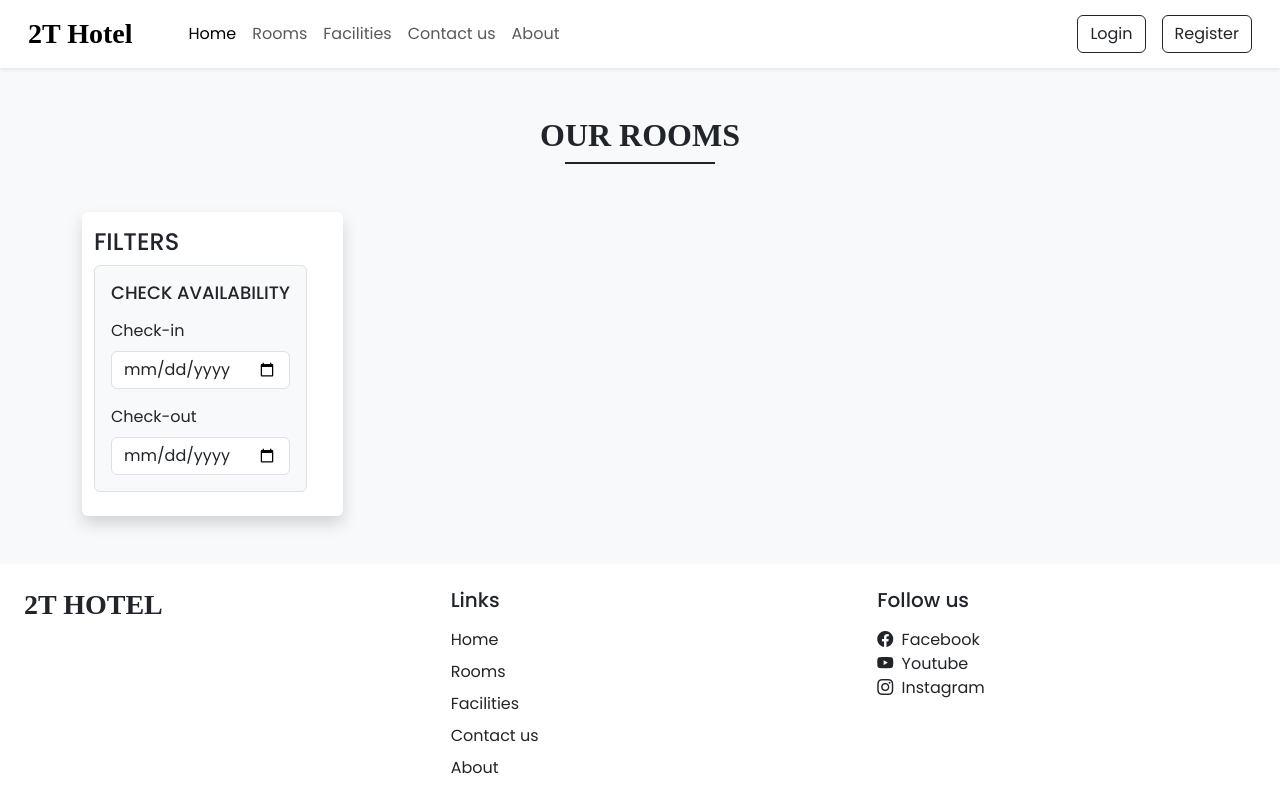
Repository: TaTongThanh2003/DoAnCoSo2024_BookingHotelWebsite
Page: http://localhost/WebsiteBookingHotel/rooms.php
These files come from the project's save history. The page is drawn as it stood at one moment and after the next save; the edit follows.
The browser window is 1280 px wide. The pictures show the whole page.
Some web fonts or font styles are not loaded; a fallback is used. The page is run by PHP 8.4 with error messages shown; the project is at /var/www/html/.

Above is the page before, as saved 2024-03-22 16:00:32.

After the next save:
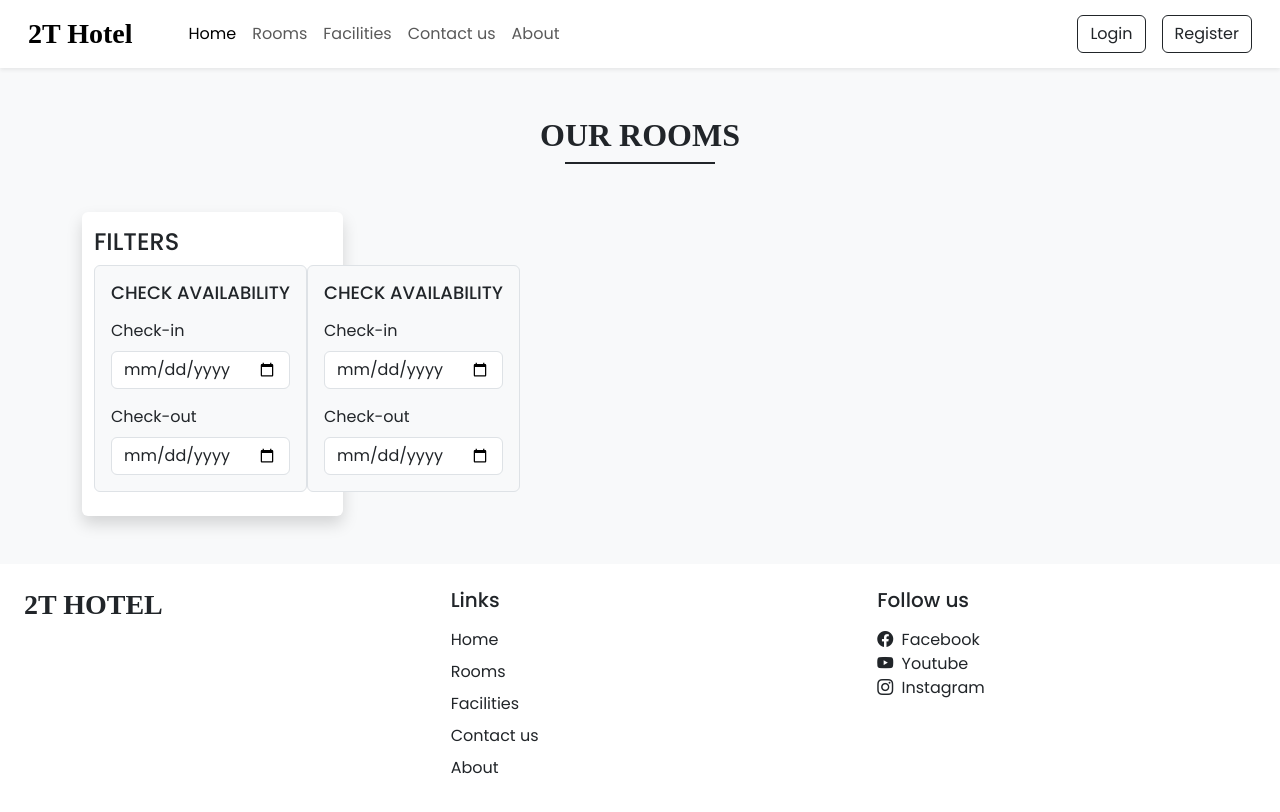
Saved 75 s later.
--- a/WebsiteBookingHotel/rooms.php
+++ b/WebsiteBookingHotel/rooms.php
@@ -44,6 +44,13 @@
                             <span class="navbar-toggler-icon"></span>
                         </button>
                         <div class="collapse navbar-collapse" id="filterDropdown">
+                            <div class="border bg-light p-3 rounded mb-3">
+                                <h5 class="mb-3" style="font-size: 18px;">CHECK AVAILABILITY</h5>
+                                <label class="form-label">Check-in</label>
+                                <input type="date" class="form-control shadow-none mb-3">
+                                <label class="form-label">Check-out</label>
+                                <input type="date" class="form-control shadow-none">
+                            </div>
                             <div class="border bg-light p-3 rounded mb-3">
                                 <h5 class="mb-3" style="font-size: 18px;">CHECK AVAILABILITY</h5>
                                 <label class="form-label">Check-in</label>
